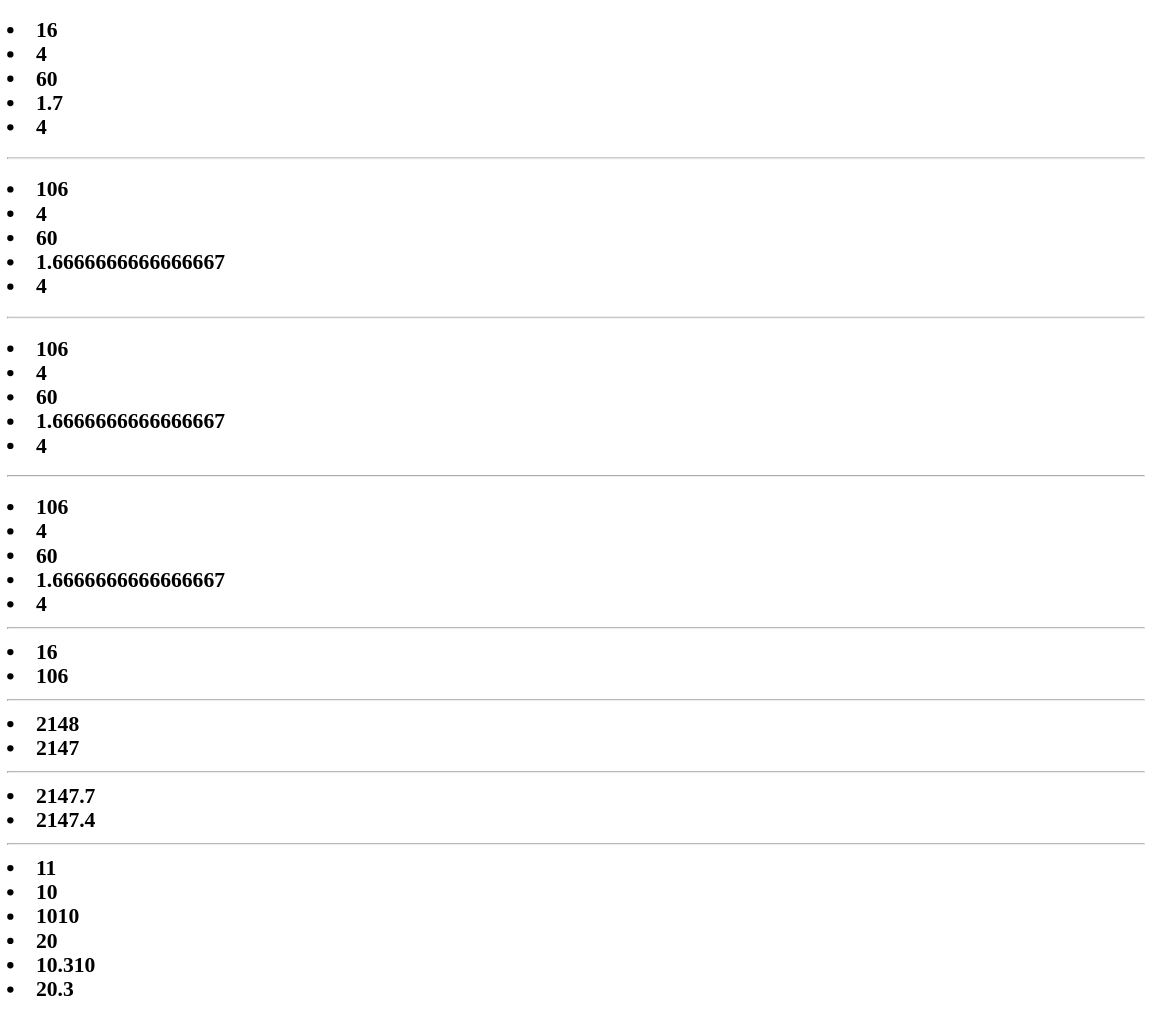
Repository: wjsjsn/23_webstudy
Page: 03_javascript/src/main/webapp/day03/Ex01_number.html
The author's editor kept a copy of each file at every save. The page is drawn from the files as they stood at one save, then again after the next save.
The browser window is 1280 px wide. The pictures show the whole page, at 90% of full size.

Above is the page before, as saved 2023-06-29 01:42:20.

### 03_javascript/src/main/webapp/day03/Ex01_number.html
<!DOCTYPE html>
<html>
<head>
<meta charset="UTF-8">
<title>Number 클래스</title>
<script type="text/javascript">
	var s1 = 10;
	var s2 = 6;

	document.write("<h2>")
	document.write("<li>" + (s1 + s2) + "</li>")
	document.write("<li>" + (s1 - s2) + "</li>")
	document.write("<li>" + (s1 * s2) + "</li>")
	document.write("<li>" + ((s1 / s2).toFixed(1)) + "</li>")
	document.write("<li>" + (s1 % s2) + "</li>")
	document.write("</h2>")
	document.write("<hr>")

	var s1 = "10";
	var s2 = "6";

	document.write("<h2>")
	document.write("<li>" + (s1 + s2) + "</li>")  // 계산 x, 문자 연결자
	document.write("<li>" + (s1 - s2) + "</li>")  // +를 제외한 다른 연산은 가능
	document.write("<li>" + (s1 * s2) + "</li>")
	document.write("<li>" + (s1 / s2) + "</li>")
	document.write("<li>" + (s1 % s2) + "</li>")
	document.write("</h2>")
	document.write("<hr>")

	var s1 = 10;
	var s2 = "6";

	document.write("<h2>")
	document.write("<li>" + (s1 + s2) + "</li>")  // 계산 x, 문자 연결자
	document.write("<li>" + (s1 - s2) + "</li>")  // +를 제외한 다른 연산은 가능
	document.write("<li>" + (s1 * s2) + "</li>")
	document.write("<li>" + (s1 / s2) + "</li>")
	document.write("<li>" + (s1 % s2) + "</li>")
	document.write("</h2>")
	document.write("<hr>")

	var s1 = "10";
	var s2 = 6;

	document.write("<h2>")
	document.write("<li>" + (s1 + s2) + "</li>")  // 계산 x, 문자 연결자
	document.write("<li>" + (s1 - s2) + "</li>")  // +를 제외한 다른 연산은 가능
	document.write("<li>" + (s1 * s2) + "</li>")
	document.write("<li>" + (s1 / s2) + "</li>")
	document.write("<li>" + (s1 % s2) + "</li>")
	document.write("<hr>")

	// 숫자를 문자열로 변경 : toString()
	s1 = 10;
	s2 = 6;

	document.write("<li>" + (s1 + s2) + "</li>")
	document.write("<li>" + (s1.toString() + s2) + "</li>")
	document.write("<hr>")

	// toFixed(자리 수) : 지정된 소수점 이하 자리 수 작성(반올림), 음수 사용 x
	s1 = 2147.656;
	s2 = 2147.444;

	document.write("<li>" + s1.toFixed(0) + "</li>");  // 2148
	document.write("<li>" + s2.toFixed(0) + "</li>"); // 2147
	document.write("<hr>")

	document.write("<li>" + s1.toFixed(1) + "</li>");  // 2147.7
	document.write("<li>" + s2.toFixed(1) + "</li>"); // 2147.4
	document.write("<hr>")

	// 문자열을 숫자로 변환 : Number, ParseInt, parseFloat
	// NaN(Not a Number) : 숫자가 들어갈 자리에 숫자가 아닌 다른 값이 들어오면 표시되는 예약어
	// isNaN : NaN을 확인하는 함수(NaN이면 true, 아니면 false)
	document.write("<li>" + (Number(true) + 10) + "</li>");   // 11
	document.write("<li>" + (Number(false) + 10) + "</li>");  // 10
	document.write("<li>" + ("10" + 10) + "</li>");                  // 20
	document.write("<li>" + (Number("10") + 10) + "</li>");    // 20
	document.write("<li>" + ("10.3" + 10) + "</li>");               // 20.3
	document.write("<li>" + (Number("10.3") + 10) + "</li>"); // 20.3

	document.write("</h2>")

</script>
</head>
<body>
</body>
</html>

After the next save:
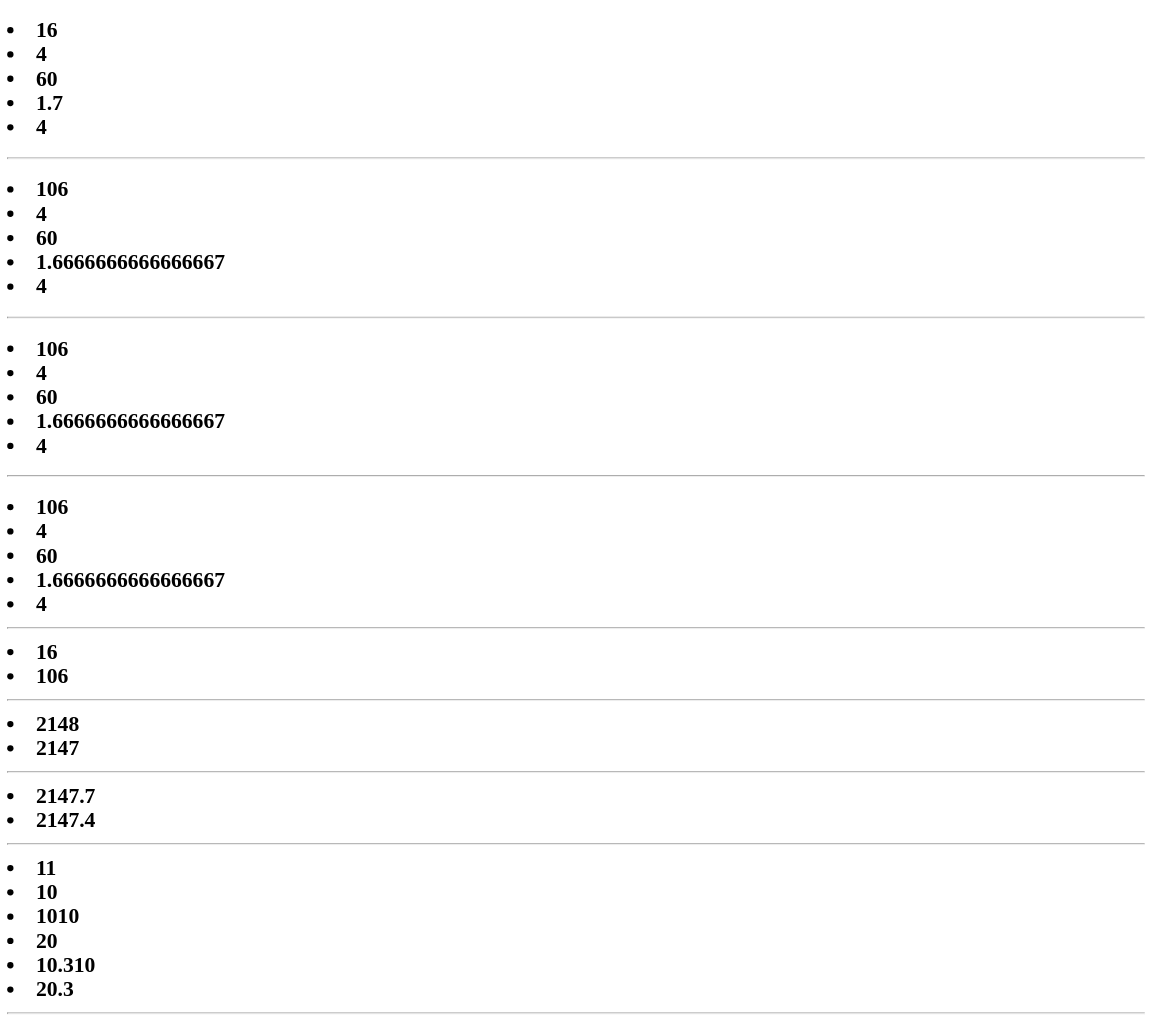
Saved 9 s later.
--- a/03_javascript/src/main/webapp/day03/Ex01_number.html
+++ b/03_javascript/src/main/webapp/day03/Ex01_number.html
@@ -80,6 +80,7 @@
 	document.write("<li>" + (Number("10") + 10) + "</li>");    // 20
 	document.write("<li>" + ("10.3" + 10) + "</li>");               // 20.3
 	document.write("<li>" + (Number("10.3") + 10) + "</li>"); // 20.3
+	document.write("<hr>")
 
 	document.write("</h2>")
 
